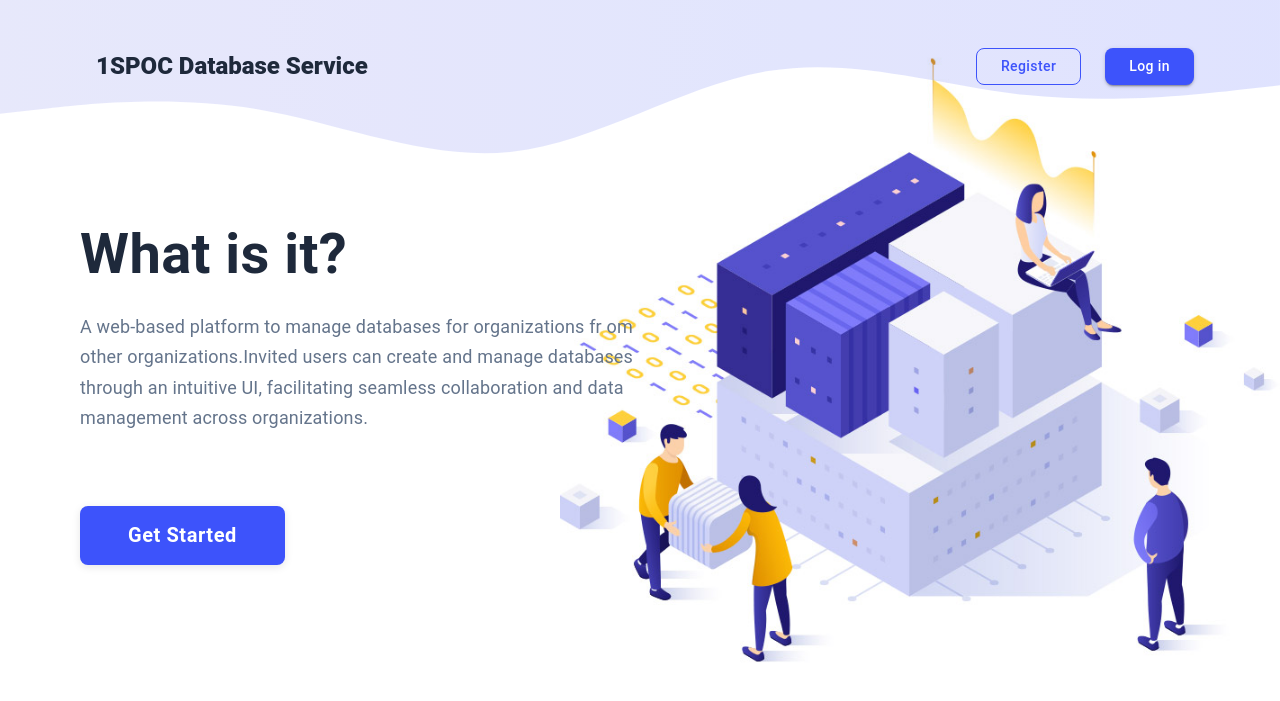
Repository: TanmayVaidya742/DbService
Page: / (app in frontend/)
The author's editor kept a copy of each file at every save. The page is drawn from the files as they stood at one save, then again after the next save.
The browser window is 1280 px wide. The pictures show the whole page.
The page's requests for data from a server got no answer. The project was rebuilt for these pictures with package versions that can differ from the ones it lists, and the page was loaded fresh each time. No one was signed in, and anything a server would have sent is missing. Also part of the build but not shown: frontend/src/components/Login.js, frontend/src/components/Register.js, frontend/src/components/Dashboard.js, frontend/src/components/AddDatabaseDialog.js, frontend/src/components/UserDashboard.js, frontend/src/components/Organizations.js, frontend/src/components/EditTableDialog.js, frontend/src/components/CreateTableDialog.js and 3 more.

Above is the page before, as saved 2025-05-08 10:53:53.

### frontend/src/App.js
import React, { useState, useEffect } from 'react';
import { BrowserRouter as Router, Routes, Route, Navigate } from 'react-router-dom';
import { ThemeProvider, createTheme } from '@mui/material';
import Login from './components/Login';
import Register from './components/Register';
import Dashboard from './components/Dashboard';
import LandingPage from './components/LandingPage';
import UserDashboard from './components/UserDashboard';
import Organizations from './components/Organizations';
import axios from 'axios';
import DatabaseDetails from './components/DatabaseDetails';
import './styles/theme.css';
import PricingPlans from './components/PricingPlans';


const theme = createTheme({
  palette: {
    primary: {
      main: '#1976d2',
    },
    secondary: {
      main: '#dc004e',
    },
  },
});

const PrivateRoute = ({ children }) => {
  const token = localStorage.getItem('token');
  return token ? children : <Navigate to="/" />;
};

function App() {
  const [hasUsers, setHasUsers] = useState(null);
  const [loading, setLoading] = useState(true);

  useEffect(() => {
    const checkUsers = async () => {
      try {
        const response = await axios.get('http://localhost:5000/api/auth/check-users');
        setHasUsers(response.data.hasUsers);
      } catch (error) {
        console.error('Error checking users:', error);
        setHasUsers(false);
      } finally {
        setLoading(false);
      }
    };

    checkUsers();
  }, []);

  if (loading) {
    return <div>Loading...</div>;
  }

  return (
    <ThemeProvider theme={theme}>
      <Router>
        <Routes>
          <Route path="/" element={<LandingPage />} />
          <Route
            path="/login"
            element={<Login />}
          />
          <Route
            path="/register"
            element={<Register />}
          />
          <Route
            path="/superadmin-dashboard"
            element={
              <PrivateRoute>
                <Dashboard />
              </PrivateRoute>
            }
          />
          <Route path="/databases" element={<UserDashboard />} />
          <Route path="/organizations" element={<Organizations />} />
          <Route path="/database/:dbName" element={<DatabaseDetails />} />
          <Route path="/pricing" element={<PricingPlans />} />


        </Routes>
      </Router>
    </ThemeProvider>
  );
}

export default App;

### frontend/src/styles/theme.css
:root {
  /* Color Palette - Blue Theme */
  --primary-color: #3d53fb; /* Tailwind's blue-500 */
  --primary-hover: #6b9efc; /* Tailwind's blue-600 */
  --primary-light: rgba(59, 130, 246, 0.08);
  --primary-light-hover: rgba(59, 130, 246, 0.12);
  --primary-text: white;

  --secondary-color: #6e74eb; /* Tailwind's blue-400 */
  --error-color: #515ff9;     /* Tailwind's red-500 */
  --success-color: #10b981;   /* Tailwind's emerald-500 */
  --warning-color: #f59e0b;   /* Tailwind's amber-500 */
  --info-color: #0ea5e9;      /* Tailwind's sky-500 */

  /* Background Colors */
  --bg-primary: #ffffff;
  --bg-secondary: #ffffff;    /* Tailwind's slate-50 */
  --bg-paper: #ffffff;

  /* Text Colors */
  --text-primary: #1e293b;    /* Tailwind's slate-800 */
  --text-secondary: #64748b;  /* Tailwind's slate-600 */
  --text-disabled: #94a3b8;   /* Tailwind's slate-400 */

  /* Borders */
  --border-color: rgba(0, 0, 0, 0.12);
  --border-radius: 8px;
  --border-radius-sm: 4px;

  /* Typography */
  --font-family: 'Roboto', 'Helvetica', 'Arial', sans-serif;
  --font-size-base: 1rem;
  --font-size-small: 0.875rem;
  --font-size-large: 1.25rem;

  /* Shadows */
  --shadow-sm: 0 1px 3px rgba(0,0,0,0.12);
  --shadow-md: 0 4px 6px rgba(0,0,0,0.1);
  --shadow-lg: 0 6px 20px rgba(0,0,0,0.1);

  /* Spacing */
  --spacing-unit: 8px;
}

/* Typography classes */
body {
  font-family: var(--font-family);
  color: var(--text-primary);
  background-color: var(--bg-secondary);
}

h1, h2, h3, h4, h5, h6 {
  color: var(--text-primary);
  font-weight: 600;
}

### frontend/src/components/LandingPage.js
import React from 'react';
import { useNavigate } from 'react-router-dom';
import { Button, Container, Typography, Grid } from '@mui/material';
import { styled } from '@mui/material/styles';

const MainSection = styled('section')({
  minHeight: '100vh',
  position: 'relative',
  overflow: 'hidden',
  overflowY: 'hidden',
  backgroundColor: 'rgba(250, 247, 247, 0.1)',
  backgroundImage: 'url(/assets/images/database.jpg)',
  backgroundPosition: 'center right',
  backgroundRepeat: 'no-repeat',
  backgroundSize: 'contain',
  display: 'flex',
  flexDirection: 'column',
  justifyContent: 'center', // Center content vertically
});

const WaveBackground = styled('div')({
  position: 'absolute',
  top: 0,
  left: 0,
  right: 0,
  zIndex: 0,
  opacity: 0.8, // Slightly reduce opacity for better blending
});

const Navbar = styled('nav')({
  position: 'relative',
  zIndex: 2,
  padding: '1.5rem 0', // Increased padding for better spacing
});

const NavContent = styled('div')({
  display: 'flex',
  justifyContent: 'space-between',
  alignItems: 'center',
  padding: '0 1rem', // Add padding for better alignment
});

const LogoContainer = styled('div')({
  display: 'flex',
  alignItems: 'center',
});

const NavButtons = styled('div')({
  display: 'flex',
  gap: '1.5rem', // Increased gap for better spacing between buttons
  justifyContent: 'flex-end',
});

const MainContent = styled('main')({
  position: 'relative',
  zIndex: 1,
  marginTop: '4rem', // Reduced to bring content closer to navbar
  flexGrow: 1, // Allow content to take remaining space
});

const ButtonGroup = styled('div')({
  display: 'flex',
  gap: '1.5rem', // Increased gap for better spacing
  marginTop: '2.5rem', // Slightly increased for balance
});

const ContentContainer = styled('div')({
  display: 'flex',
  flexDirection: 'column',
  justifyContent: 'center',
  height: '100%',
  padding: '3rem', // Increased padding for better spacing
  borderRadius: 'var(--border-radius)',
  maxWidth: '600px', // Constrain width for better readability
});

const LandingPage = () => {
  const navigate = useNavigate();

  return (
    <MainSection>
      <WaveBackground>
        <svg xmlns="http://www.w3.org/2000/svg" viewBox="0 0 1440 320" style={{ display: 'block' }}>
          <defs>
            <linearGradient id="wave-gradient" x1="0%" y1="0%" x2="100%" y2="0%">
              <stop offset="0%" stopColor="var(--secondary-color)" />
              <stop offset="100%" stopColor="var(--primary-color)" />
            </linearGradient>
          </defs>
          <path
            fill="url(#wave-gradient)"
            fillOpacity="0.2"
            d="M0,128L48,122.7C96,117,192,107,288,122.7C384,139,480,181,576,170.7C672,160,768,96,864,80C960,64,1056,96,1152,106.7C1248,117,1344,107,1392,101.3L1440,96L1440,0L1392,0C1344,0,1248,0,1152,0C1056,0,960,0,864,0C768,0,672,0,576,0C480,0,384,0,288,0C192,0,96,0,48,0L0,0Z"
          />
        </svg>
      </WaveBackground>

      <Navbar>
        <Grid paddingLeft={10} marginTop={3}>
          <NavContent>
            <Typography
              variant="h5"
              sx={{
                color: 'var(--text-primary)',
                fontWeight: 900,

                cursor: 'pointer',
                '&:hover': { color: 'var(--primary-color)' }
              }}
              onClick={() => navigate('/')}
            >
              1SPOC Database Service
            </Typography>
            <NavButtons>
            <Button
                variant="outlined"
                sx={{
                  borderColor: 'var(--primary-color)',
                  color: 'var(--primary-color)',
                  textTransform: 'none',
                  px: 3,
                  borderRadius: 'var(--border-radius)',
                  '&:hover': {
                    borderColor: 'var(--primary-hover)',
                    backgroundColor: 'var(--primary-light)',
                  }
                }}
                onClick={() => navigate('/register')}
              >
                Register
              </Button>
              <Button
                variant="contained"
                sx={{
                  bgcolor: 'var(--primary-color)',
                  color: 'var(--primary-text)',
                  textTransform: 'none',
                  px: 3,
                  borderRadius: 'var(--border-radius)',
                  '&:hover': {
                    bgcolor: 'var(--primary-hover)',
                  },
                  mr: '70px'


                }}
                onClick={() => navigate('/login')}
              >
                Log in
              </Button>
            </NavButtons>
          </NavContent>
        </Grid>
      </Navbar>

      <MainContent>
        <Grid maxWidth="lg">
          <Grid
            container
            spacing={4} // Reduced spacing for a tighter layout
            alignItems="center"
            justifyContent="flex-start"
            sx={{ minHeight: 'calc(100vh - 300px)' }}
          >
            <Grid item xs={12} md={6} sx={{ display: 'flex', flexDirection: 'column' }}>
              <ContentContainer>
                <Typography
                  variant="h4"
                  component="h3"
                  gutterBottom
                  sx={{
                    fontWeight: 700,
                    color: 'var(--text-primary)',
                    mb: 3,

                    ml: 4,
                    fontSize: { xs: '2.5rem', md: '3.5rem' },
                    lineHeight: 1.2,
                  }}
                >
                  What is it?
                </Typography>
                <Typography
                  variant="body1"
                  sx={{
                    color: 'var(--text-secondary)',
                    mb: 4,
                    ml:4,
                    fontSize: '1.125rem',
                    lineHeight: 1.7,
                    overflowWrap: 'break-word',
                    whiteSpace: 'normal',
                  }}
                >
                  A web-based platform to manage databases for organizations fr om other organizations.Invited users can create and manage databases through an intuitive UI, facilitating seamless collaboration and data management across organizations.
                </Typography>
                <ButtonGroup
                sx={{ml: 4}}>
                  <Button
                    variant="contained"
                    sx={{
                      bgcolor: 'var(--primary-color)',
                      color: 'var(--primary-text)',
                      textTransform: 'none',
                      px: 6,
                      py: 1.5,
                      fontSize: '1.25rem', // Increased font size for emphasis
                      fontWeight: 600, // Bold for emphasis
                      borderRadius: 'var(--border-radius)',
                      boxShadow: '0 2px 8px rgba(0, 0, 0, 0.1)', // Add subtle shadow
                      '&:hover': {
                        bgcolor: 'var(--primary-hover)',
                        boxShadow: '0 4px 12px rgba(0, 0, 0, 0.15)', // Enhanced hover effect
                      },
                    }}
                    onClick={() => navigate('/login')}
                  >
                    Get Started
                  </Button>
                </ButtonGroup>
              </ContentContainer>
            </Grid>
          </Grid>
        </Grid>
      </MainContent>
    </MainSection>
  );
};

export default LandingPage;

Loaded but not shown: frontend/public/index.html (common file); frontend/src/index.js (common file); frontend/src/index.css (common file); frontend/src/reportWebVitals.js (common file)

After the next save:
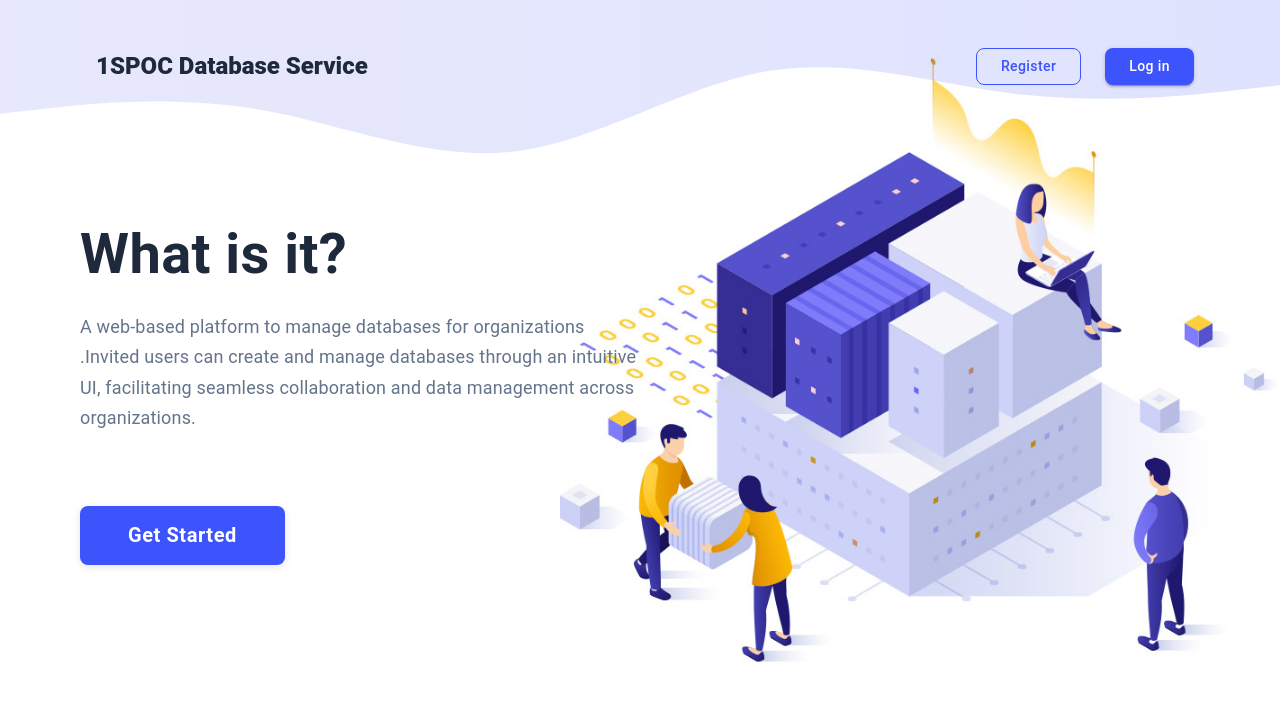
Saved 4 s later.
--- a/frontend/src/components/LandingPage.js
+++ b/frontend/src/components/LandingPage.js
@@ -192,7 +192,7 @@ const LandingPage = () => {
                     whiteSpace: 'normal',
                   }}
                 >
-                  A web-based platform to manage databases for organizations fr om other organizations.Invited users can create and manage databases through an intuitive UI, facilitating seamless collaboration and data management across organizations.
+                  A web-based platform to manage databases for organizations .Invited users can create and manage databases through an intuitive UI, facilitating seamless collaboration and data management across organizations.
                 </Typography>
                 <ButtonGroup
                 sx={{ml: 4}}>
